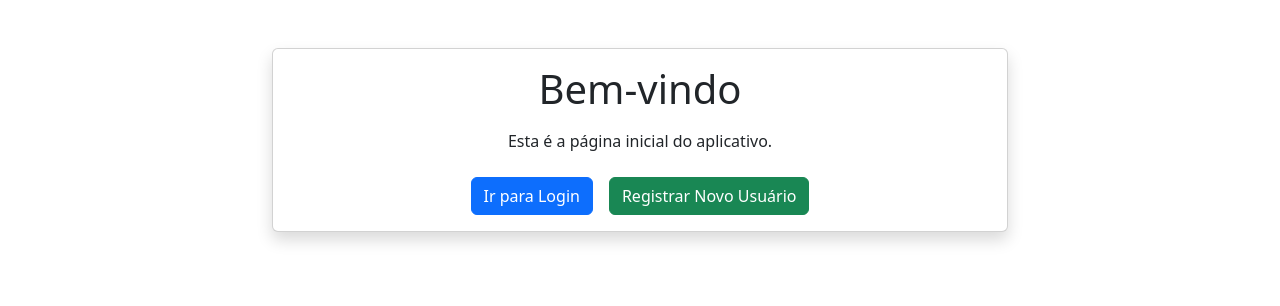
Repository: MuriloColleti/Project-vue
Page: /
An editor plug-in stored every save of this project. The page is shown before and after a run of saves, followed by the edit.
The browser window is 1280 px wide. The pictures show the whole page.
The project was rebuilt for these pictures with package versions that can differ from the ones it lists, and the page was loaded fresh each time. Also part of the build but not shown: vite.config.js, src/pages/Login.vue, src/pages/Register.vue.

Above is the page before, as saved 2025-09-20 17:22:36.

After the next 10 saves:
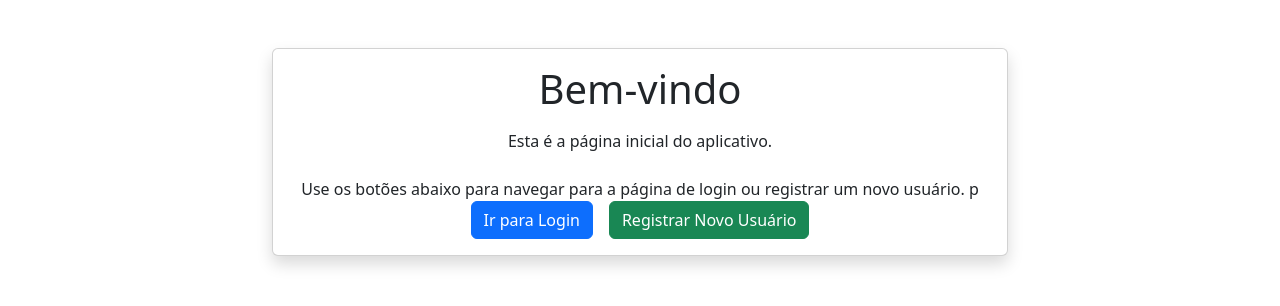
The 10 saves are shown as one change because 3 did not build or start and some came seconds apart.
The last was saved 49 s later.
--- a/src/pages/Home.vue
+++ b/src/pages/Home.vue
@@ -6,6 +6,8 @@
           <div class="card-body text-center">
             <h1 class="card-title mb-3">Bem-vindo</h1>
             <p class="mb-4">Esta é a página inicial do aplicativo.</p>
+
+              Use os botões abaixo para navegar para a página de login ou registrar um novo usuário. p
             <router-link to="/login" class="btn btn-primary mx-2">Ir para Login</router-link>
             <router-link to="/register" class="btn btn-success mx-2"
               >Registrar Novo Usuário</router-link

After the save that followed:
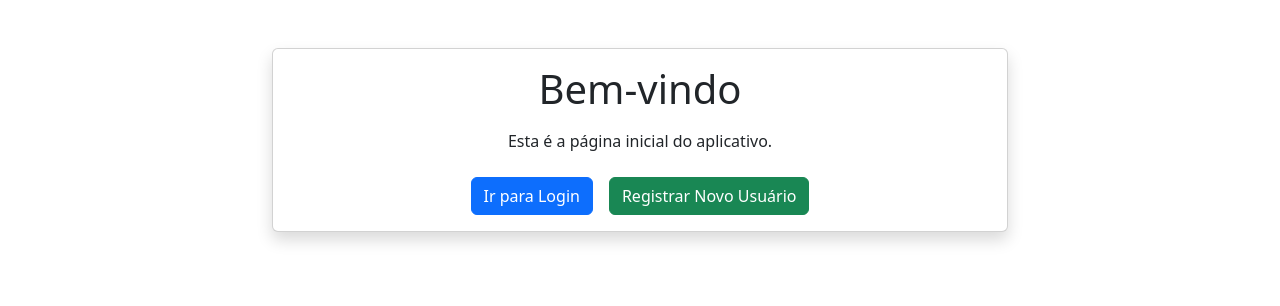
Saved 7 s later.
--- a/src/pages/Home.vue
+++ b/src/pages/Home.vue
@@ -7,7 +7,6 @@
             <h1 class="card-title mb-3">Bem-vindo</h1>
             <p class="mb-4">Esta é a página inicial do aplicativo.</p>
 
-              Use os botões abaixo para navegar para a página de login ou registrar um novo usuário. p
             <router-link to="/login" class="btn btn-primary mx-2">Ir para Login</router-link>
             <router-link to="/register" class="btn btn-success mx-2"
               >Registrar Novo Usuário</router-link
